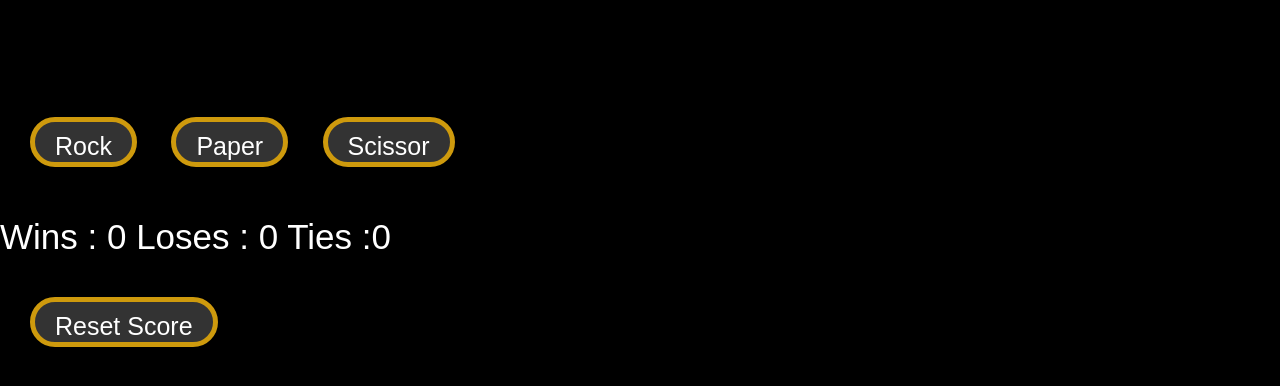
Repository: Drdregboss89/js-practical-projects
Page: index.html
These files come from the project's save history. The page is drawn as it stood at one moment and after the next save; the edit follows.
The browser window is 1280 px wide. The pictures show the whole page.

Above is the page before, as saved 2023-06-23 09:05:21.
Console error (its wording comes from the project's code and is left out).

After the next save:
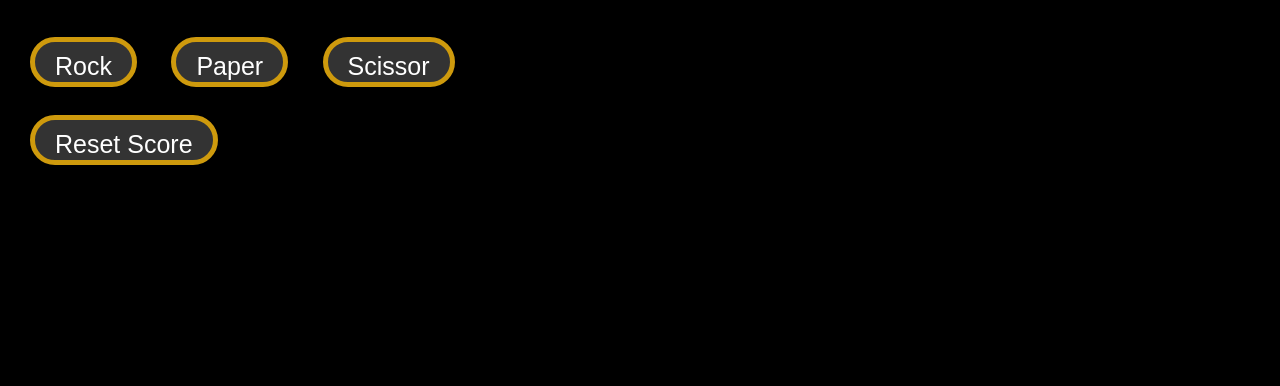
Saved 5 min 56 s later.
--- a/index.css
+++ b/index.css
@@ -15,7 +15,7 @@
 
 }
 
-p {
+p h1 {
 
   margin-bottom: 40px;
   margin-top: 35px;
